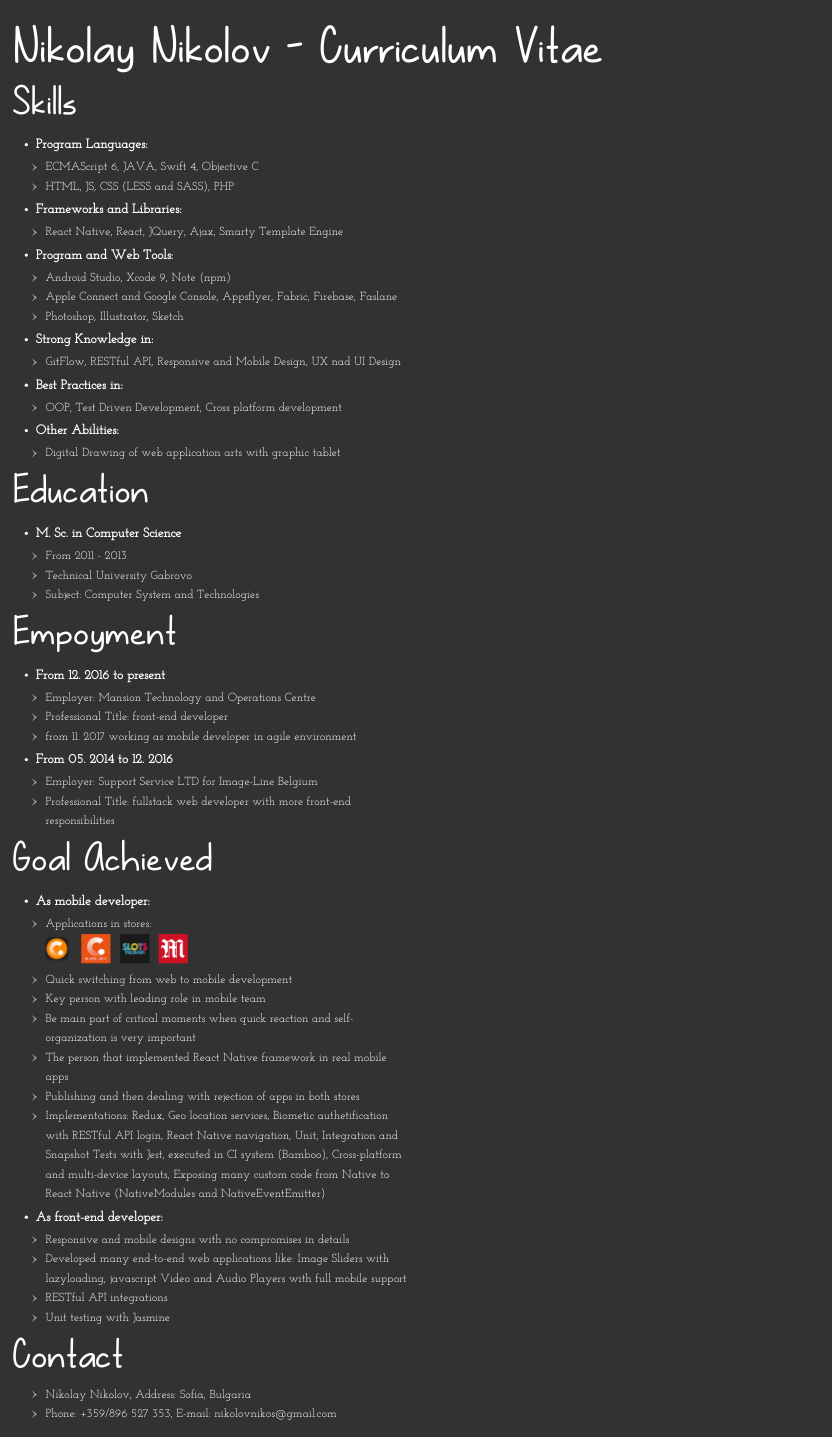
Repository: nikichanko/cv
Page: print.html
An editor plug-in stored every save of this project. The page is shown before and after the next save, followed by the edit.
The browser window is 1280 px wide. The pictures show the whole page, at 65% of full size.

Above is the page before, as saved 2018-08-10 03:37:04.

After the next save:
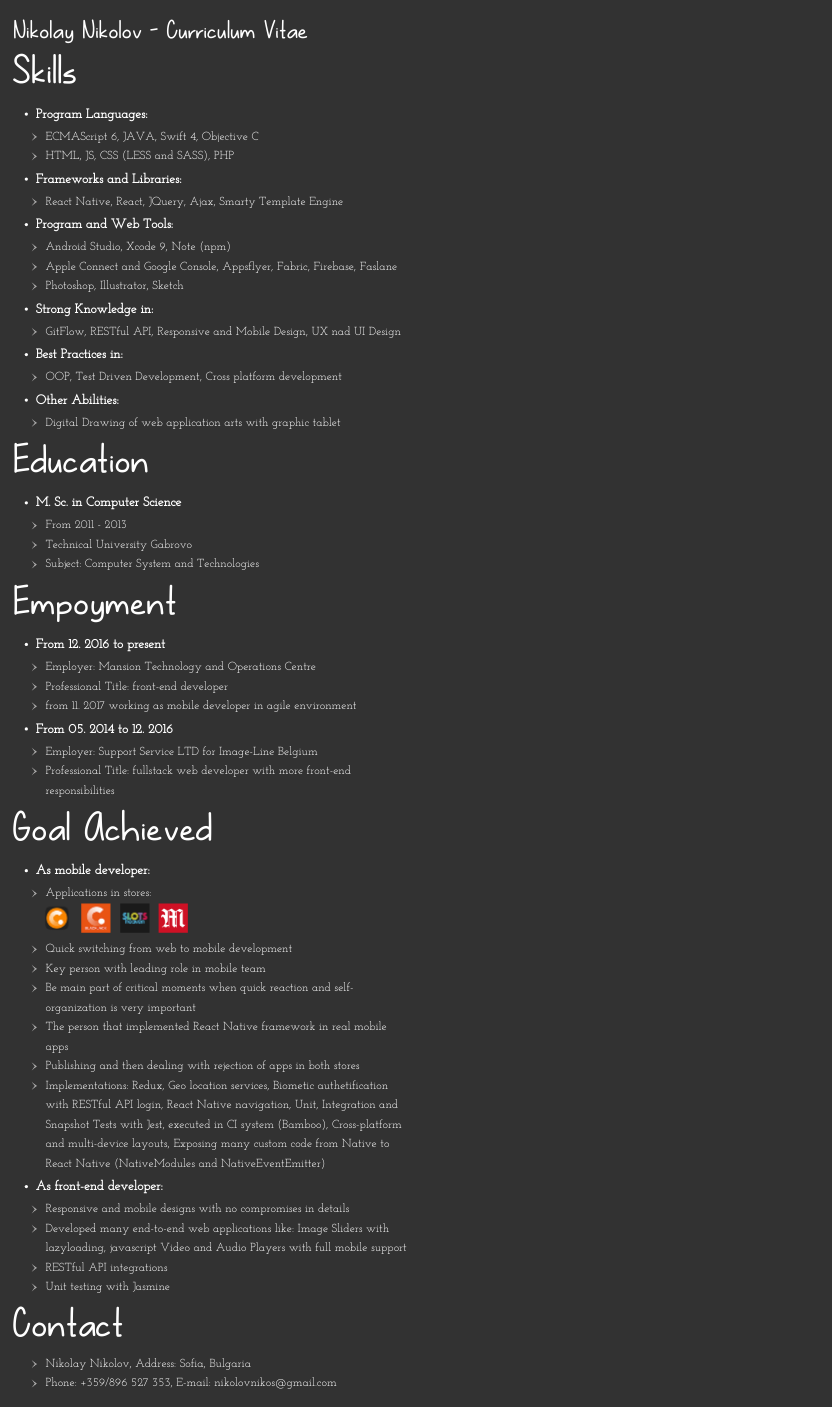
Saved 5 s later.
--- a/css/print.css
+++ b/css/print.css
@@ -14,5 +14,5 @@
   padding: 20px;
 }
 .cv-title{
-  font-size: 80px;
+  font-size: 40px;
 }
